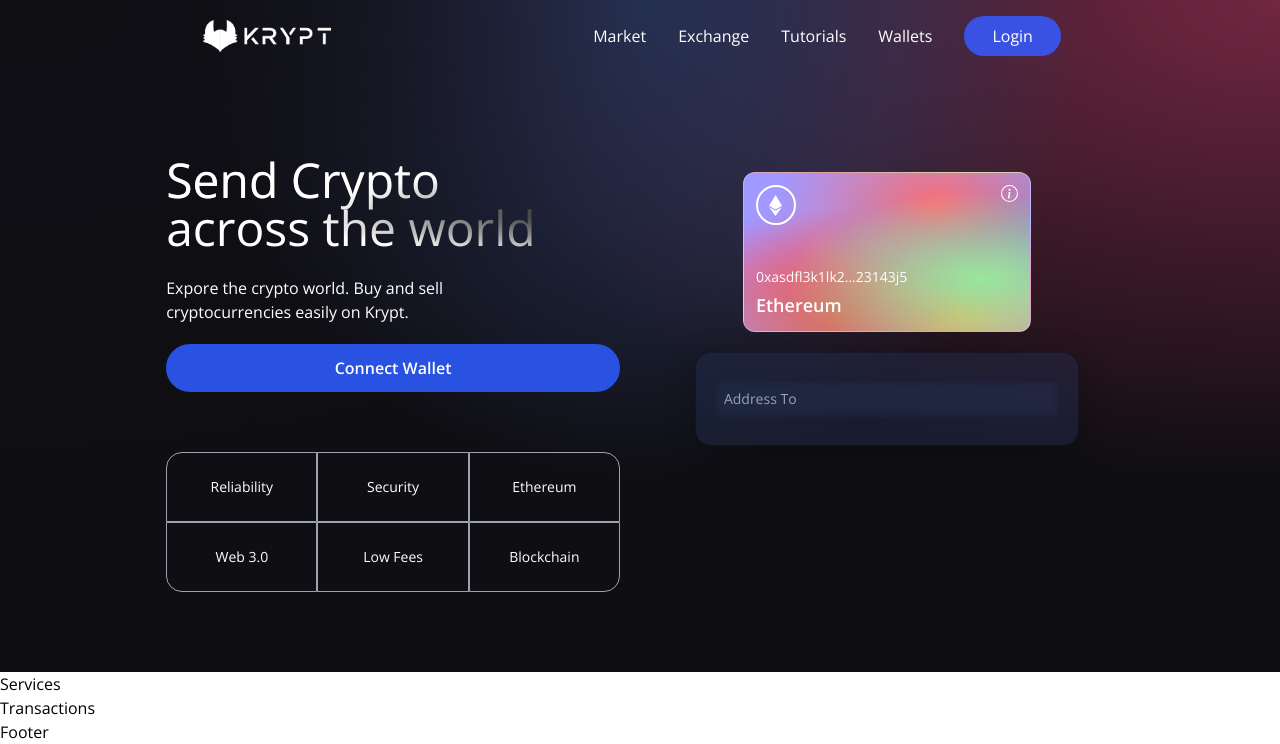
Repository: stephan-chiorean/krypt
Page: / (app in client/)
The author's editor kept a copy of each file at every save. The page is drawn from the files as they stood at one save, then again after the next save.
The browser window is 1280 px wide. The pictures show the whole page.
The project was rebuilt for these pictures with package versions that can differ from the ones it lists, and the page was loaded fresh each time. Also part of the build but not shown: client/vite.config.js, client/src/components/Loader.jsx.

Above is the page before, as saved 2023-03-28 15:31:05.

### client/src/App.jsx
import {Navbar, Welcome, Footer, Services, Transactions} from './components';

const App = () => {

  return (
    <div className="min-h-screen">
      <div className="gradient-bg-welcome">
        <Navbar/>
        <Welcome/>
      </div>
      <Services/>
      <Transactions/>
      <Footer/>
    </div>
  )
}

export default App

### client/src/components/index.js
export {default as Loader} from './Loader';
export {default as Navbar} from './Navbar';
export {default as Footer} from './Footer';
export {default as Welcome} from './Welcome';
export {default as Transactions} from './Transactions';
export {default as Services} from './Services';

### client/src/components/Navbar.jsx
import { HiMenuAlt4 } from 'react-icons/hi';
import { AiOutlineClose } from 'react-icons/ai';
import { useState } from 'react';

import logo from '../../images/logo.png';

const NavbarItem = ({ title, classProps }) => {
  return <li className={`mx-4 cursor-pointer ${classProps}`}>{title}</li>;
};
export default () => {
  const [toggleMenu, setToggleMenu] = useState(false);
  return (
    <nav className='w-full flex md:justify-center justify-between items-center p-4'>
      <div className='md:flex-[0.5] flex-initial justify-center items-center'>
        <img src={logo} alt='logo' className='w-32 cursor-pointer' />
      </div>
      <ul className='text-white md:flex hidden list-none flex-row justify-between items-center flex-initial'>
        {['Market', 'Exchange', 'Tutorials', 'Wallets'].map((item, index) => (
          <NavbarItem key={item + index} title={item} />
        ))}
        <li className='bg-[#3952e3] py-2 px-7 mx-4 rounded-full cursor-pointer hover:bg-[#2546bd]'>
          Login
        </li>
      </ul>
      <div className='flex relative'>
        {toggleMenu ? (
          <AiOutlineClose
            fontSize={28}
            className='text-white md:hidden cursor-pointer'
            onClick={() => setToggleMenu(false)}
          />
        ) : (
          <HiMenuAlt4
            fontSize={28}
            className='text-white md:hidden cursor-pointer'
            onClick={() => setToggleMenu(true)}
          />
        )}
        {toggleMenu && (
          <ul className="z-10 fixed top-0 -right-2 p-3 w-[70vw] h-screen shadow-2xl md:hidden list-none flex flex-col justify-start items-end rounded-md blue-glassmorphism text-white animate-slide-in">
            <li className='text-xl w-full my-2'>
              <AiOutlineClose onClick={() => setToggleMenu(false)} className="cursor-pointer"/>
            </li>
            {['Market', 'Exchange', 'Tutorials', 'Wallets'].map(
              (item, index) => (
                <NavbarItem key={item + index} title={item} classProps="my-2 text-lg"/>
              )
            )}
          </ul>
        )}
      </div>
    </nav>
  );
};

### client/src/components/Footer.jsx
import React from 'react'

export default() => {
  return (
    <div>Footer</div>
  )
}

### client/src/components/Welcome.jsx
import { AiFillPlayCircle } from 'react-icons/ai';
import { SiEthereum } from 'react-icons/si';
import { BsInfoCircle } from 'react-icons/bs';
import { Loader } from './';
const commonStyles =
  'min-h-[70px] sm:px-0 px-2 sm:min-w-[120px] flex justify-center items-center border-[0.5px] border-gray-400 text-sm font-light text-white';

const Input = ({ placeholder, name, type, value, handleChange }) => (
  <input
    placeholder={placeholder}
    type={type}
    step='0.0001'
    value={value}
    onChange={(e) => handleChange(e, name)}
    className="my-2 w-full rounded-sm p-2 outline-none bg-transparent text-shite border-none text-sm white-glassmorphism"
  />
);
export default () => {
  const connectWallet = () => {};
  return (
    <div className='flex w-full justify-center items-center'>
      <div className='flex md:flex-row flex-col itesm-start justify-between md:p-20 py-12 px-4'>
        <div className='flex flex-1 justify-start flex-col md:mr-10'>
          <h1 className='text-3xl sm:text-5xl text-white text-gradient py-1'>
            Send Crypto <br /> across the world
          </h1>
          <p className='text-left mt-5 text-white font-light md:w-9/12 w-11/12 text-base'>
            Expore the crypto world. Buy and sell cryptocurrencies easily on
            Krypt.
          </p>
          <button
            type='button'
            onClick={connectWallet}
            className='flex flex-row justify-center items-center my-5 bg-[#2952e3] p-3 rounded-full cursor-pointer hover:bg-[#2546bd]'
          >
            <p className='text-white text-base font-semibold'>Connect Wallet</p>
          </button>

          <div className='grid sm:grid-cols-3 grid-cols-2 w-full mt-10'>
            <div className={`rounded-tl-2xl ${commonStyles}`}>Reliability</div>
            <div className={commonStyles}>Security</div>
            <div className={`sm:rounded-tr-2xl ${commonStyles}`}>Ethereum</div>
            <div className={`sm:rounded-bl-2xl ${commonStyles}`}>Web 3.0</div>
            <div className={commonStyles}>Low Fees</div>
            <div className={`rounded-br-2xl ${commonStyles}`}>Blockchain</div>
          </div>
        </div>

        <div className='flex flex-col flex-1 items-center justify-start w-full md:mt-0 mt-10'>
          <div className='p-3 justify-end items-start flex-col rounded-xl h-40 sm:w-72 w-full my-5 eth-card white-glassmorphism'>
            <div className='flex justify-between flex-col w-full h-full'>
              <div className='flex justify-between items-start'>
                <div className='w-10 h-10 rounded-full border-2 border-white flex justify-center items-center'>
                  <SiEthereum fontSize={21} color='#fff' />
                </div>
                <BsInfoCircle fontSize={17} color='#fff' />
              </div>
              <div>
                <p className='text-white font-light text-sm'>
                  0xasdfl3k1lk2...23143j5
                </p>
                <p className='text-white font-semibold text-lg mt-1'>
                  Ethereum
                </p>
              </div>
            </div>
          </div>

          <div className='p-5 sm:w-96 w-full flex flex-col justify-start items-center blue-glassmorphism'>
            <Input
              placeholder='Address To'
              name='addressTo'
              type='text'
              handleChange={() => {}}
            />
          </div>
        </div>
      </div>
    </div>
  );
};

### client/src/components/Transactions.jsx
import React from 'react'

export default() => {
  return (
    <div>Transactions</div>
  )
}

### client/src/components/Services.jsx
import React from 'react'

export default() => {
  return (
    <div>Services</div>
  )
}

Loaded but not shown: client/index.html (common file); client/src/main.jsx (common file); client/src/index.css (common file); client/tailwind.config.js (common file)

After the next save:
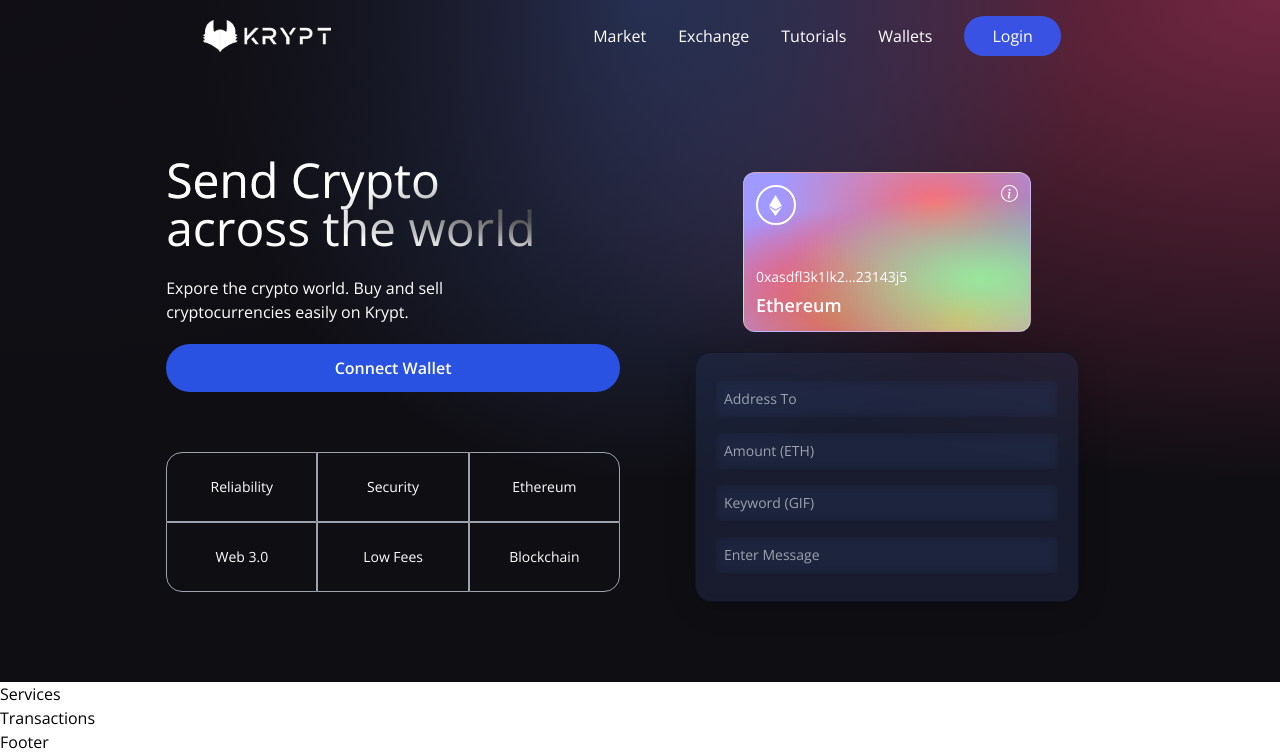
Saved 93 s later.
--- a/client/src/components/Welcome.jsx
+++ b/client/src/components/Welcome.jsx
@@ -73,6 +73,24 @@ export default () => {
               type='text'
               handleChange={() => {}}
             />
+            <Input
+              placeholder='Amount (ETH)'
+              name='amount'
+              type='number'
+              handleChange={() => {}}
+            />
+            <Input
+              placeholder='Keyword (GIF)'
+              name='keyword'
+              type='text'
+              handleChange={() => {}}
+            />
+            <Input
+              placeholder='Enter Message'
+              name='message'
+              type='text'
+              handleChange={() => {}}
+            />
           </div>
         </div>
       </div>
